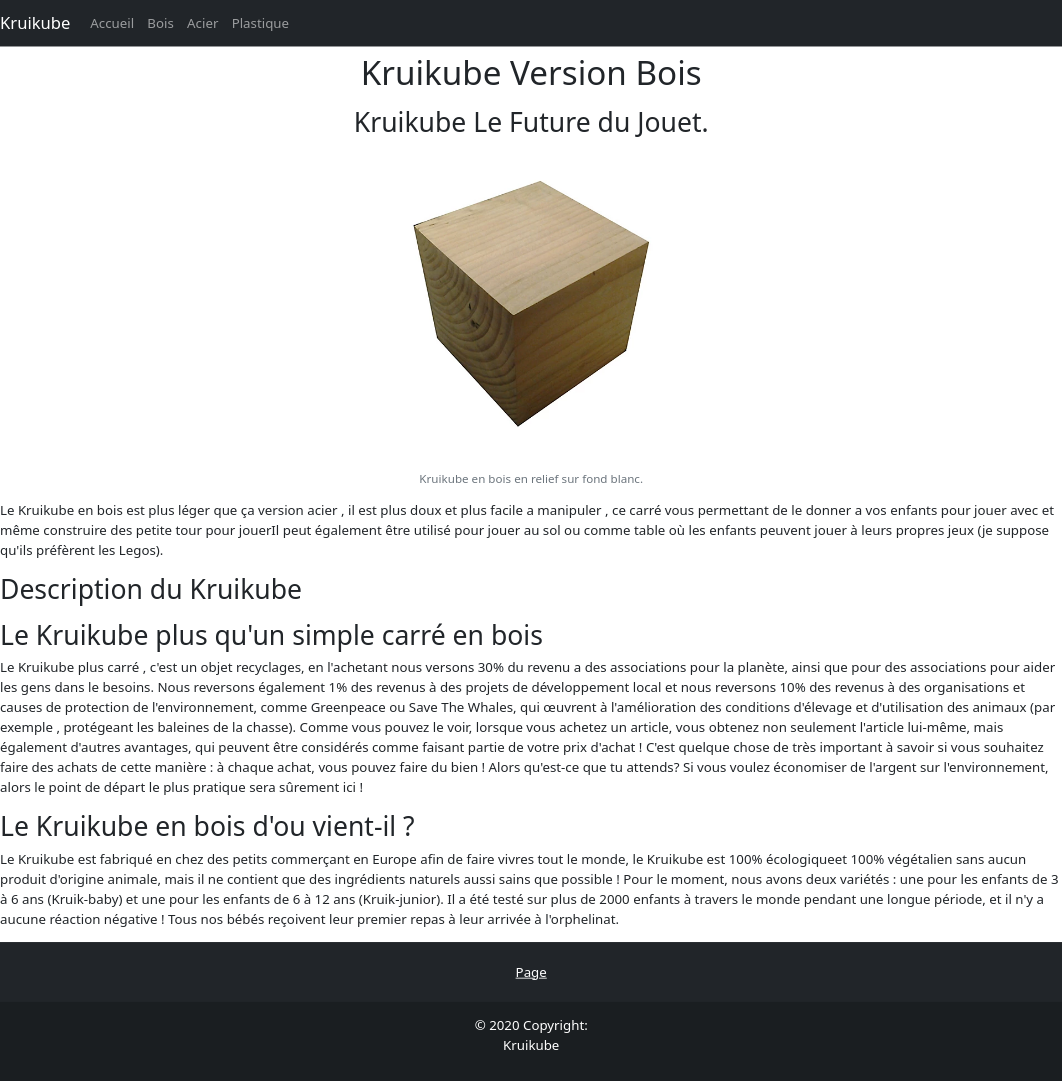
Repository: Kruikube/Kruikube
Page: bois.html
These files come from the project's save history. The page is drawn as it stood at one moment and after the next save; the edit follows.
The browser window is 1280 px wide. The pictures show the whole page, at 83% of full size.

Above is the page before, as saved 2022-03-31 10:46:09.

### bois.html
<!DOCTYPE html>
<html lang="fr">
<head>
    <head>
        <meta name="google-site-verification" content="rqRWDcKGGp18_3HLGgnKKX7ZpV50yoEMRC7l_c2QEfM" />
        <meta charset="UTF-8" />
        <meta http-equiv="X-UA-Compatible" content="IE=edge" />
        <meta name="viewport" content="width=device-width, initial-scale=1.0" />
        <link
          href="https://cdn.jsdelivr.net/npm/bootstrap@5.1.3/dist/css/bootstrap.min.css"
          rel="stylesheet"
          integrity="sha384-1BmE4kWBq78iYhFldvKuhfTAU6auU8tT94WrHftjDbrCEXSU1oBoqyl2QvZ6jIW3"
          crossorigin="anonymous"
        />
        <title>Kruikube</title>
        <meta
          name="description"
          content="Le Kruikube est un jouet en bois fait pour petits et grands dont la composition peut être aussi en plastique et en acier"
        />
        <meta property="og:title" content="Kruikube" />
        <meta property="og:locale" content="fr_FR" />
        <meta
          property="og:description"
          content="Le Kruikube est un jouet en bois fait pour petits et grands dont la composition peut être aussi en plastique et en acier"
        />
        <meta property="og:url" content="#" />
        <meta property="og:site_name" content="Kruikube" />
        <meta property="og:type" content="website" />
      </head>
</head>
<body>
    <body>
        <nav class="navbar navbar-expand-lg navbar-dark bg-dark">
          <a class="navbar-brand" href="">Kruikube</a>
          <button
            class="navbar-toggler"
            type="button"
            data-toggle="collapse"
            data-target="#navbarSupportedContent"
            aria-controls="navbarSupportedContent"
            aria-expanded="false"
            aria-label="Toggle navigation"
          >
            <span class="navbar-toggler-icon"></span>
          </button>

          <div class="collapse navbar-collapse" id="navbarSupportedContent">
            <ul class="navbar-nav mr-auto">
              <li class="nav-item active">
                <a class="nav-link" href="index.html">Accueil</a>
              </li>
              <li class="nav-item active">
                <a class="nav-link" href="bois.html">Bois</a>
              </li>
              <li class="nav-item active">
                <a class="nav-link" href="acier.html">Acier</a>
              </li>
              <li class="nav-item active">
                <a class="nav-link" href="#">Plastique</a>
              </li>
            </ul>
          </div>
        </nav>
        <section class="module-content">
          <article class="unit-wrapper">
            <div class="unit-copy-wrapper">
              <h1 class="headline d-flex py-2 justify-content-center">Kruikube Version Bois</h1>
              <h2 class="subhead text-center" role="presentation">
                Kruikube Le Future du Jouet.
              </h2>
            </div>
            <figure class="figure d-block mx-auto text-center">
              <img
                class="figure-img img-fluid"
                alt="Kruikube en bois"
                src="bois.webp"
                width="40%"
                height="40%"
              />
              <figcaption class="figure-caption">
                Kruikube en bois en relief sur fond blanc.
              </figcaption>
            </figure>
            <div class="d-flex justify-content-center">
                <p>
                    Le Kruikube en bois est plus léger que ça version acier ,
                    il est plus doux et plus facile a manipuler , ce carré vous
                    permettant de le donner a vos enfants pour jouer avec et même
                    construire des petite tour pour jouerIl peut également être utilisé
                    pour jouer au sol ou comme table où les enfants peuvent jouer à leurs propres jeux (je suppose qu'ils préfèrent les Legos).
                </p>
                </div>
          </article>
        </section>
          <h2>Description du Kruikube</h2>
          <p>

          </p>
          <h2>Le Kruikube plus qu'un simple carré en bois</h2>
          <p>
            Le Kruikube plus carré , c'est un objet recyclages, en l'achetant nous versons 30% du revenu a des associations pour la planète, ainsi que pour des associations pour aider les gens dans le besoins. Nous reversons également 1% des revenus à des projets de développement local et nous reversons 10% des revenus à des organisations et causes de protection de l'environnement, comme Greenpeace ou Save The Whales, qui œuvrent à l'amélioration des conditions d'élevage et d'utilisation des animaux (par exemple , protégeant les baleines de la chasse). Comme vous pouvez le voir, lorsque vous achetez un article, vous obtenez non seulement l'article lui-même, mais également d'autres avantages, qui peuvent être considérés comme faisant partie de votre prix d'achat ! C'est quelque chose de très important à savoir si vous souhaitez faire des achats de cette manière : à chaque achat, vous pouvez faire du bien ! Alors qu'est-ce que tu attends? Si vous voulez économiser de l'argent sur l'environnement, alors le point de départ le plus pratique sera sûrement ici !
          </p>
          <h2>Le Kruikube en bois d'ou vient-il ?</h2>
          <p>
            Le Kruikube est fabriqué en chez des petits commerçant en Europe afin de faire vivres tout le monde, le Kruikube est 100% écologiqueet 100% végétalien sans aucun produit d'origine animale, mais il ne contient que des ingrédients naturels aussi sains que possible ! Pour le moment, nous avons deux variétés : une pour les enfants de 3 à 6 ans (Kruik-baby) et une pour les enfants de 6 à 12 ans (Kruik-junior). Il a été testé sur plus de 2000 enfants à travers le monde pendant une longue période, et il n'y a aucune réaction négative ! Tous nos bébés reçoivent leur premier repas à leur arrivée à l'orphelinat.
          </p>
        <footer class="bg-dark text-center text-white">
          <div class="container p-4 pb-0">
            <section class="mb-4">
              <a href="#" class="text-white">Page</a>
            </section>
          </div>
          <div class="text-center p-3" style="background-color: rgba(0, 0, 0, 0.2)">
            © 2020 Copyright:
            <p class="text-white">Kruikube</p>
          </div>
        </footer>
        <script
          src="https://cdn.jsdelivr.net/npm/bootstrap@5.1.3/dist/js/bootstrap.bundle.min.js"
          integrity="sha384-ka7Sk0Gln4gmtz2MlQnikT1wXgYsOg+OMhuP+IlRH9sENBO0LRn5q+8nbTov4+1p"
          crossorigin="anonymous"
        ></script>
</body>
</html>

After the next save:
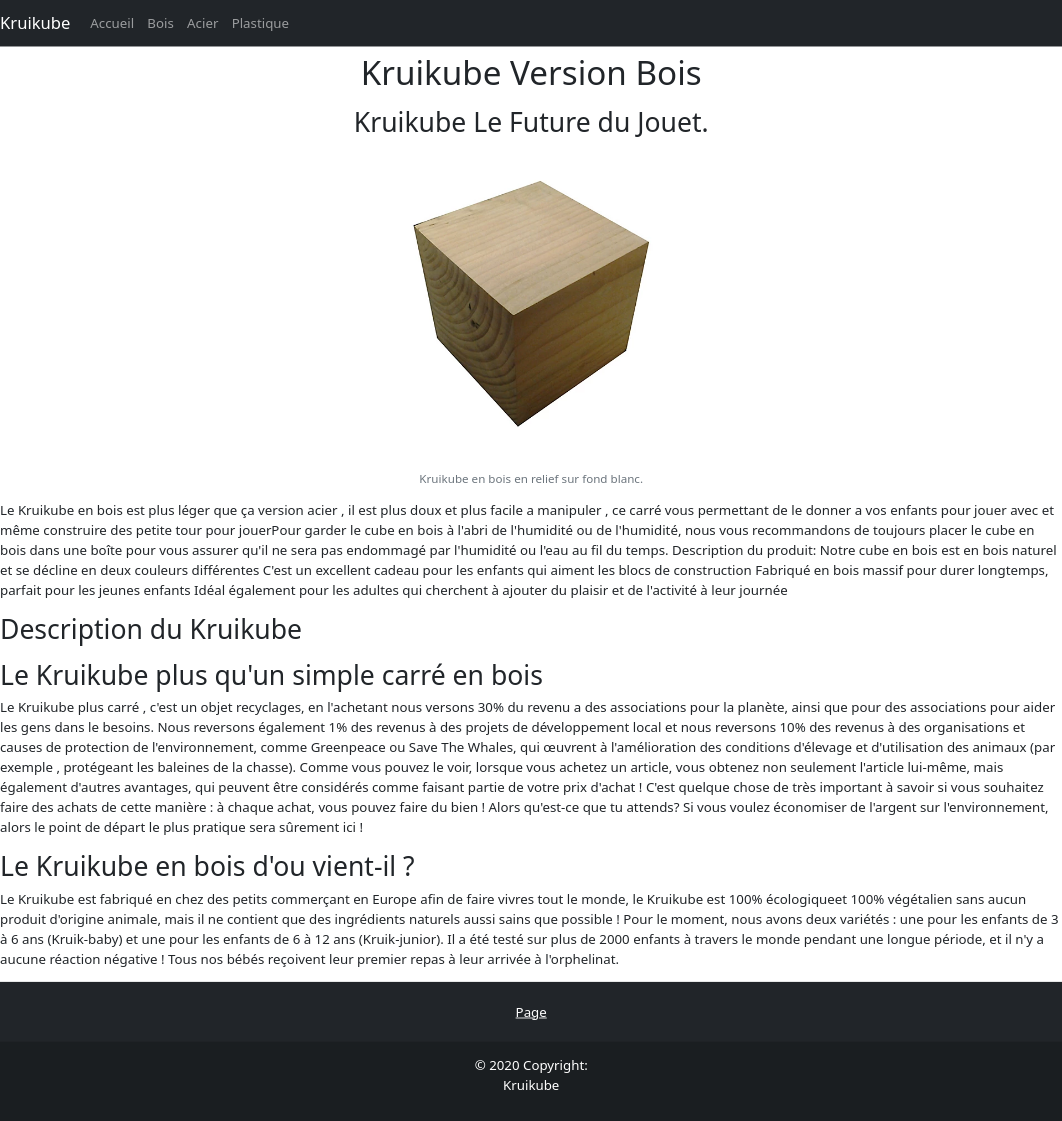
Saved 13 s later.
--- a/bois.html
+++ b/bois.html
@@ -83,11 +83,7 @@
             </figure>
             <div class="d-flex justify-content-center">
                 <p>
-                    Le Kruikube en bois est plus léger que ça version acier ,
-                    il est plus doux et plus facile a manipuler , ce carré vous
-                    permettant de le donner a vos enfants pour jouer avec et même
-                    construire des petite tour pour jouerIl peut également être utilisé
-                    pour jouer au sol ou comme table où les enfants peuvent jouer à leurs propres jeux (je suppose qu'ils préfèrent les Legos).
+                    Le Kruikube en bois est plus léger que ça version acier , il est plus doux et plus facile a manipuler , ce carré vous permettant de le donner a vos enfants pour jouer avec et même construire des petite tour pour jouerPour garder le cube en bois à l'abri de l'humidité ou de l'humidité, nous vous recommandons de toujours placer le cube en bois dans une boîte pour vous assurer qu'il ne sera pas endommagé par l'humidité ou l'eau au fil du temps. Description du produit: Notre cube en bois est en bois naturel et se décline en deux couleurs différentes C'est un excellent cadeau pour les enfants qui aiment les blocs de construction Fabriqué en bois massif pour durer longtemps, parfait pour les jeunes enfants Idéal également pour les adultes qui cherchent à ajouter du plaisir et de l'activité à leur journée
                 </p>
                 </div>
           </article>
